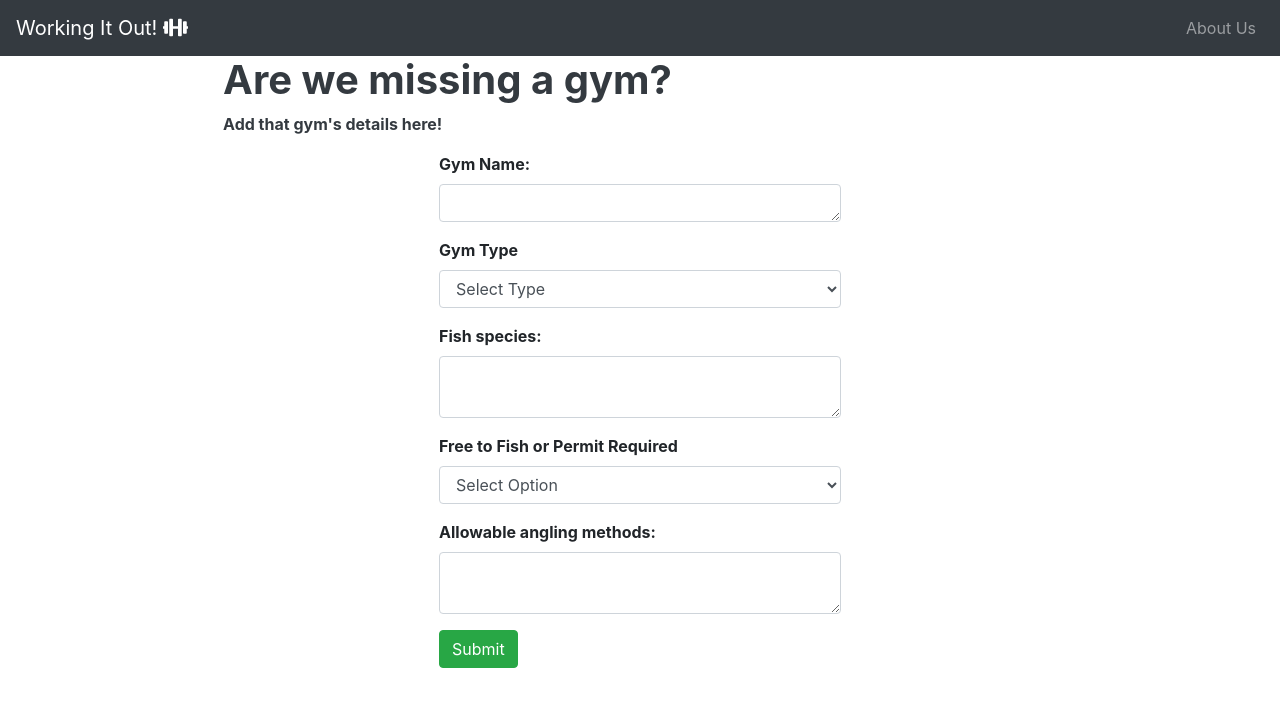
Repository: cgaynor91/Working_It_Out
Page: http://localhost/add_new_gym
The author's editor kept a record of every edit. The page is drawn from the files as they stood at one moment, then again after the next edit.
The browser window is 1280 px wide. The pictures show the whole page.
Some web libraries are served in a nearby version. The page is served by the project's application, run on Flask 3 (app.py).

Above is the page before.

### templates/add_gym.html
{% extends 'base.html' %}
{% block content %}

<div class="container-fluid">
    <div class="row justify-content-center">
        <div class="col-10 text-dark welcome-text">
            <h1><strong>Are we missing a gym?</strong></h1>
            <p><strong>Add that gym's details here!</strong></p>
        </div>
    </div>
    <!-- Form adapted from Bootstrap -->
    <div class="row row-form justify-content-center">
        <div class="col-12 col-md-5">
            <!-- Form fields -->
            <form action="{{url_for('insert_gym')}}" method="POST" class="form_font">
                <div class="form-group font-weight-bolder">
                    <label for="gym_name">Gym Name: </label>
                    <textarea class="form-control" id="gym_name" name="gym_name" rows="1" required></textarea>
                </div>
                <div class="form-group font-weight-bolder">
                    <label for="status">Gym Type</label>
                    <select class="form-control" id="status" name="status">
                        <option value="" disabled selected>Select Type</option>
                        <option>Personal Training</option>
                        <option>Weightlifting</option>
                        <option>Fitness Classes</option>
                        <option>All of the above</option>
                    </select>
                </div>
                <div class="form-group font-weight-bolder">
                    <label for="fish">Fish species: </label>
                    <textarea class="form-control" id="fish" name="fish" rows="2" required></textarea>
                </div>
                <div class="form-group font-weight-bolder">
                    <label for="free_or_permit">Free to Fish or Permit Required</label>
                    <select class="form-control" id="free_or_permit" name="free_or_permit">
                        <option value="" disabled selected>Select Option</option>
                        <option>Free Fishing</option>
                        <option>Permit Required</option>
                        <option>not applicable</option>
                    </select>
                </div>
                <div class="form-group font-weight-bolder">
                    <label for="angling_methods">Allowable angling methods: </label>
                    <textarea class="form-control" id="angling_methods" name="angling_methods" rows="2"
                        required></textarea>
                </div>
                <!-- Send button -->
                <button type="submit" class="btn btn-success">Submit</button>
            </form>
        </div>
    </div>
</div>

{% endblock %}

### templates/base.html
<!DOCTYPE html>
<html>

<head>
    <link rel="stylesheet" href="https://stackpath.bootstrapcdn.com/bootstrap/4.4.1/css/bootstrap.min.css">
    <link rel="stylesheet" href="https://cdnjs.cloudflare.com/ajax/libs/font-awesome/5.12.0/css/all.min.css" />
</head>

<body>
    <header>
        <!-- Navbar taken from Bootstrap -->
        <nav class="navbar navbar-expand-md navbar-dark bg-dark home-logo-text">
            <a class="navbar-brand" href="{{url_for('get_gyms')}}">Working It Out! <i
                    class="fas fa-dumbbell"></i></a>
            <button class="navbar-toggler" type="button" data-toggle="collapse" data-target="#navbarNavAltMarkup" aria-controls="navbarNavAltMarkup" aria-expanded="false" aria-label="Toggle navigation">
                <span class="navbar-toggler-icon"></span>
            </button>
            <div class="collapse navbar-collapse" id="navbarNavAltMarkup">
                <div class="navbar-nav ml-auto">
                    <a class="nav-item nav-link" href="{{url_for('about')}}">About Us</a>

                </div>
            </div>
        </nav>
    </header>
        <!-- Container for background image -->
    <div class="container-fluid bg">
    </div>
    <!-- Container for injected templates -->
    <div class="container-fluid">
        <div class="row justify-content-center">
            <div class="col-12 col-md-10 template-col">

    {% block content %} {% endblock %}



    <script src="https://code.jquery.com/jquery-3.4.1.slim.min.js"></script>
    <script src="https://cdn.jsdelivr.net/npm/popper.js@1.16.0/dist/umd/popper.min.js"></script>
    <script src="https://stackpath.bootstrapcdn.com/bootstrap/4.4.1/js/bootstrap.min.js"></script>
</body>

</html>

### app.py
import os
from flask import Flask, render_template, redirect, request, url_for
from flask_pymongo import PyMongo
from bson.objectid import ObjectId

app = Flask(__name__)
app.config["MONGO_DBNAME"] = 'working_it_out'
app.config["MONGO_URI"] = os.getenv('MONGO_URI', 'mongodb+srv://root:adminpass@myfirstcluster-ikccs.mongodb.net/working_it_out?retryWrites=true&w=majority')

mongo = PyMongo(app)


@app.route('/')
@app.route('/get_gyms')
def get_gyms():
    return render_template("home.html", gyms=mongo.db.gyms.find())

@app.route("/about")
def about():
    return render_template("about.html")

# ADD_RIVER page:

@app.route("/add_new_gym")
def add_new_gym():
    return render_template("add_gym.html")

# Sends the data that the user inserts to the database

@app.route("/insert_gym", methods=['POST'])
def insert_gym():
    river = mongo.db.gyms
    river.insert_one(request.form.to_dict())
    return redirect(url_for('get_gym_names'))


# Allows user to update information about a gym

@app.route("/edit_gym/<gym_id>")
def edit_gym(gym_id):
    the_gym = mongo.db.gyms.find_one({"_id": ObjectId(gym_id)})
    return render_template("update_gym.html", gym=the_gym)



if __name__ == '__main__':
    app.run(host=os.environ.get('IP'),
            port=int(os.environ.get('PORT')),
            debug=True)

After the next edit:
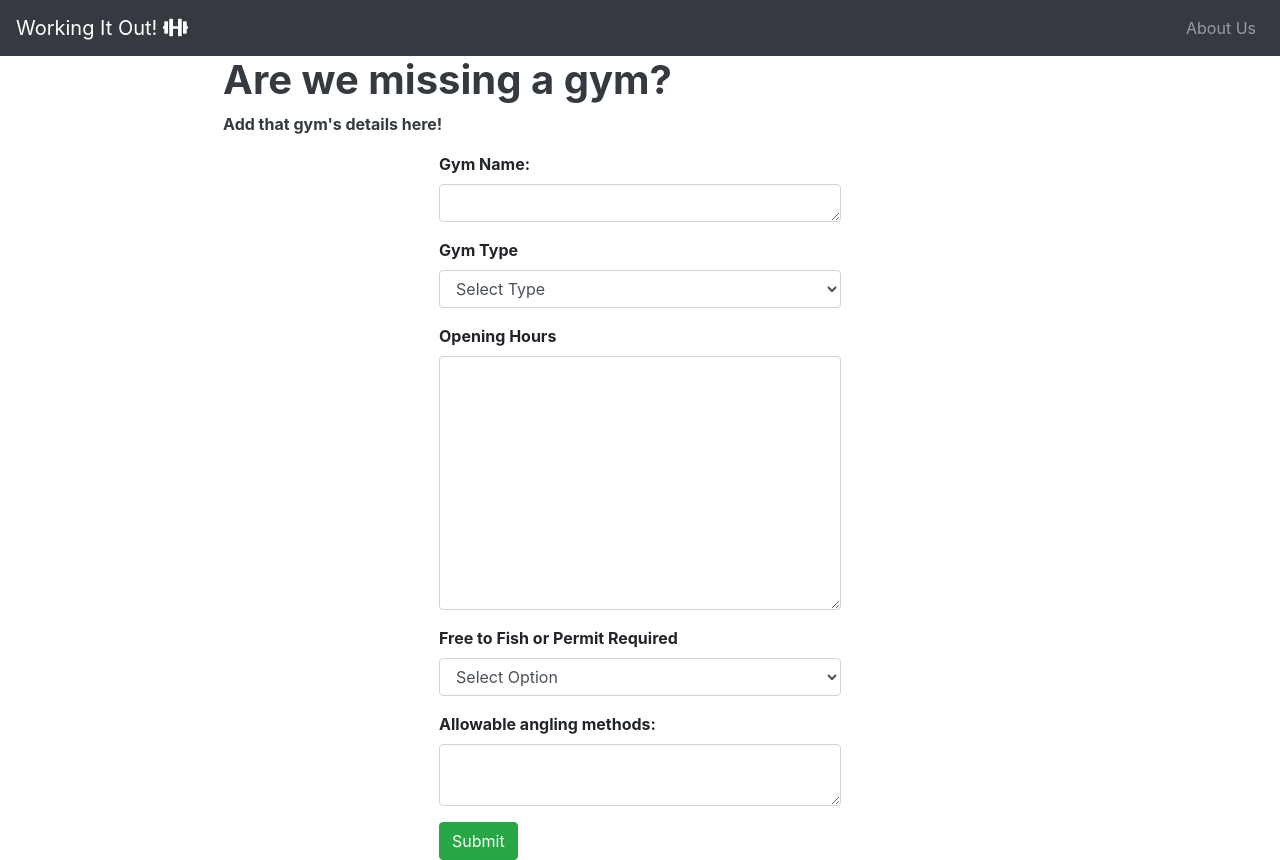
The edit:
--- a/templates/add_gym.html
+++ b/templates/add_gym.html
@@ -28,8 +28,8 @@
                     </select>
                 </div>
                 <div class="form-group font-weight-bolder">
-                    <label for="fish">Fish species: </label>
-                    <textarea class="form-control" id="fish" name="fish" rows="2" required></textarea>
+                    <label for="opening">Opening Hours</label>
+                    <textarea class="form-control" id="opening" name="opening" rows="10" required></textarea>
                 </div>
                 <div class="form-group font-weight-bolder">
                     <label for="free_or_permit">Free to Fish or Permit Required</label>
